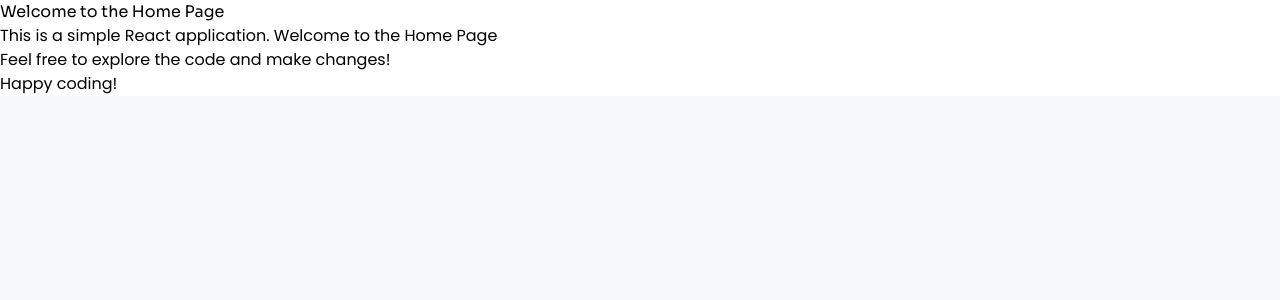
Repository: jabir12-12/inten-project
Page: /
These files come from the project's save history. The page is drawn as it stood at one moment and after the next save; the edit follows.
The browser window is 1280 px wide. The pictures show the whole page.
The project was rebuilt for these pictures with package versions that can differ from the ones it lists, and the page was loaded fresh each time. The framework's server and built-in components were replaced by stand-ins that run in the browser. Also part of the build but not shown: next.config.ts.

Above is the page before, as saved 2025-05-17 11:20:12.

### src/pages/index.tsx
import React from 'react';
export default function Home() {
  return (
    <div className='bg-white w-full h-screnn'>
      <h1>Welcome to the Home Page</h1>
      <p>This is a simple React application.
        Welcome to the Home Page
      </p>
      <p>Feel free to explore the code and make changes!</p>
      <p>Happy coding!</p>
    </div>
  );
}

### src/styles/globals.css
@import url('https://fonts.googleapis.com/css2?family=Poppins:wght@400;500;600&family=Inter:wght@400;500;600&family=Sora:wght@400;500;600;700;800&display=swap');
@import url('https://fonts.googleapis.com/css2?family=Inter:wght@400;700&display=swap');

@import "tailwindcss";

body {
  background-color: #f7f8fb;
  margin: 0;
  padding: 0;
  font-family: 'Poppins', sans-serif;
  justify-content: center;
  align-items: center;
  height: 100vh;
}

.video-js .vjs-playback-rate {
  font-size: 10px;
  transform: translateY(12px);
  /* Moves the button down by 10px */

}

.heading .head {
  font-family: 'Sora', sans-serif;
  font-size: 24px;
  /* Example size */
  font-weight: 700;
}

/* Example for other headings if needed */
h1,
h2,
h3,
h4,
h5,
h6 {
  font-family: 'Sora', sans-serif;
}

h3 {
  font-size: 18px;
  font-weight: 600;
}

/* Ensure that other text elements use Poppins */
p,
span,
div {
  font-family: 'Poppins', sans-serif;
}

.button {
  outline: none;
}

/* Custom scrollbar styles */

::-webkit-scrollbar {
  width: 7px;
  height: 7px;
}

::-webkit-scrollbar-thumb {
  background-color: rgba(234, 236, 240, 1);
  ;

  border-radius: 100px;
}

::-webkit-scrollbar-track {
  background: "white";

}

/* THIS IS FOR TEXT-EDITOR IN DISSCUSSION TAB --------------------------*/
.custom-quill .ql-container {
  border: none !important;
  /* Remove the border from the container */
}

.custom-quill .ql-editor {
  border: none !important;
  /* Ensure no border around the editor */
}

.custom-quill:focus {
  outline: none;
  /* Remove outline on focus */
}

.custom-quill .ql-editor {
  font-size: 16px;
  /* Set text size to 16px */
  font-family: 'Poppins', sans-serif;
  font-style: normal;
  /* Use the Poppins font */

}

.custom-quill .ql-editor:empty::before {

  /* Show placeholder */
  color: #667085;
  /* Placeholder color */
  font-family: 'Poppins', sans-serif;
  font-style: normal;
  /* Poppins font for placeholder */
  font-size: 16px;
  /* Placeholder size */
  position: absolute;
  /* Position it absolutely */
  left: 10px;
  /* Adjust according to your padding */
  top: 10px;
  /* Adjust according to your padding */
  pointer-events: none;
  /* Prevent interaction */
}

.custom-quill .ql-editor:focus::before {
  display: none;
  /* Hide placeholder on focus */
}

/* -------------------------------------------------- */
/* FOR TOOLTIP FOR TEST PAGE ONLY ->learn Tab */


.tooltipText {
  position: absolute;
  color: white;
  bottom: 125%;
  /* Position above the button */
  left: 50%;
  /* Center horizontally */
  transform: translateX(-50%);
  /* Adjust to center the tooltip */

  z-index: 3;
  background-color: #131313;
  box-shadow: 0 5px 10px rgba(0, 0, 0, 0.3);
  padding: 6px 14px;
  /* Padding inside the tooltip */
  width: 204px;
  /* Fixed width */
  height: auto;
  /* Hug content (height grows with content) */
  min-height: 78px;
  /* Minimum height */
  font-size: 15px;
  font-weight: 400;
  border-radius: 5px;
  white-space: normal;
  /* Allow text wrapping for longer content */
  opacity: 0;
  pointer-events: none;
  transition: all 0.4s ease;
}

.tooltip:hover .tooltipText {
  opacity: 1;
  pointer-events: auto;
  transform: translate(-50%, -10px);
  /* Move tooltip slightly up on hover */
}

.drawer-overlay {
  background-color: transparent !important;
  /* Makes the overlay transparent */
}

/* magic.module.css */
.customCheckbox input[type="checkbox"]:checked {
  background-color: #9012FF;
  border-color: #9012FF;
}

/* Add this to your global CSS file */
.ql-container .ql-editor img {
  cursor: pointer;
}

.image-resizer {
  border: 1px dashed #999;
  position: absolute;
}

.image-resizer .resize-handle {
  background-color: #fff;
  border: 1px solid #999;
  height: 8px;
  width: 8px;
  position: absolute;
}

.image-resizer .resize-handle.se {
  bottom: -5px;
  right: -5px;
  cursor: se-resize;
}

.image-resizer .resize-handle.sw {
  bottom: -5px;
  left: -5px;
  cursor: sw-resize;
}

.image-resizer .resize-handle.ne {
  top: -5px;
  right: -5px;
  cursor: ne-resize;
}

.image-resizer .resize-handle.nw {
  top: -5px;
  left: -5px;
  cursor: nw-resize;
}


@layer base {
  :root {
    --radius: 0.5rem;
    --chart-1: 12 76% 61%;
    --chart-2: 173 58% 39%;
    --chart-3: 197 37% 24%;
    --chart-4: 43 74% 66%;
    --chart-5: 27 87% 67%;
  }

  .dark {
    --chart-1: 220 70% 50%;
    --chart-2: 160 60% 45%;
    --chart-3: 30 80% 55%;
    --chart-4: 280 65% 60%;
    --chart-5: 340 75% 55%;
  }
}

Loaded but not shown: src/pages/_app.tsx (common file); src/pages/_document.tsx (common file)

After the next save:
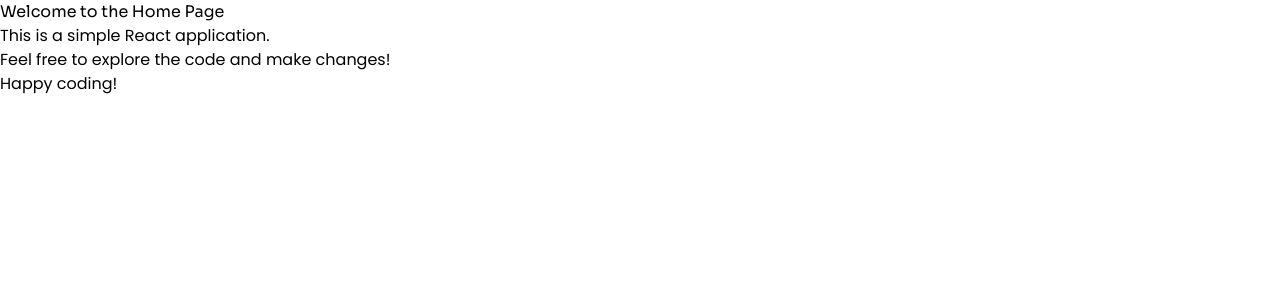
Saved 38 s later.
--- a/src/pages/index.tsx
+++ b/src/pages/index.tsx
@@ -1,11 +1,10 @@
 import React from 'react';
+
 export default function Home() {
   return (
-    <div className='bg-white w-full h-screnn'>
+    <div className='bg-white w-screen h-screen'>
       <h1>Welcome to the Home Page</h1>
-      <p>This is a simple React application.
-        Welcome to the Home Page
-      </p>
+      <p>This is a simple React application.</p>
       <p>Feel free to explore the code and make changes!</p>
       <p>Happy coding!</p>
     </div>
